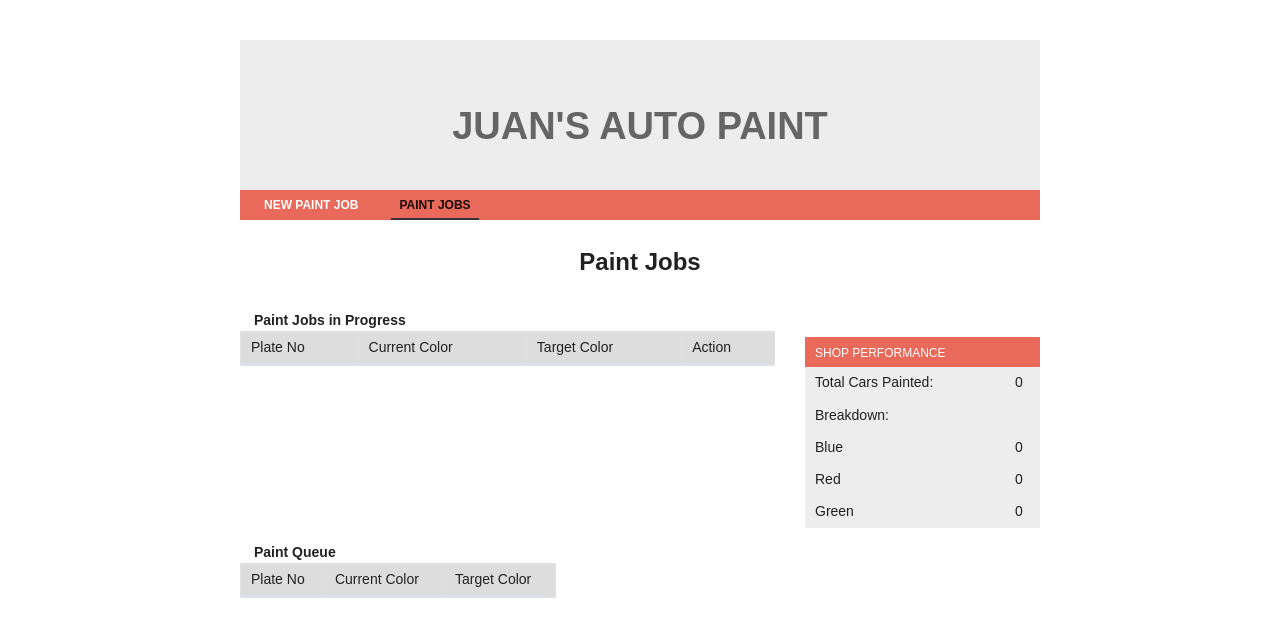
Repository: soycaringal/paint-job
Page: http://localhost/jobs
These files come from the project's save history. The page is drawn as it stood at one moment and after the next save; the edit follows.
The browser window is 1280 px wide. The pictures show the whole page.
The page is served by the project's Laravel application, run on PHP 8.4 with Laravel 8. Other server files are loaded and not shown. Queries for data that is not in the repository find no rows.

Above is the page before, as saved 2020-02-23 19:16:57.

### routes/web.php
<?php

/*
|--------------------------------------------------------------------------
| Web Routes
|--------------------------------------------------------------------------
|
| Here is where you can register web routes for your application. These
| routes are loaded by the RouteServiceProvider within a group which
| contains the "web" middleware group. Now create something great!
|
*/

Route::get('/', 'CarController@index')->name('home');
Route::get('/jobs', 'CarController@jobs')->name('jobs');
Route::post('/car', 'CarController@store')->name('car.store');

// Route::post('/car', function () {

//     return 'aw';
// });

### app/Http/Controllers/CarController.php
<?php

namespace App\Http\Controllers;

use App\Car;
use Illuminate\Http\Request;

class CarController extends Controller
{
    private $car;

    public function __construct(Car $car) {
        $this->car = $car;
    }

    /**
     * Display a listing of the resource.
     *
     * @return \Illuminate\Http\Response
     */
    public function index()
    {
        $cars = $this->car->all();
        return view('home', compact('cars'));
    }

        /**
     * Display a listing of the resource.
     *
     * @return \Illuminate\Http\Response
     */
    public function jobs()
    {
        return view('jobs');
    }

    /**
     * Show the form for creating a new resource.
     *
     * @return \Illuminate\Http\Response
     */
    public function create()
    {
        //
    }

    /**
     * Store a newly created resource in storage.
     *
     * @param  \Illuminate\Http\Request  $request
     * @return \Illuminate\Http\Response
     */
    public function store(Request $request)
    {
        $data = $request->all();

        $car = new Car();
        $car->plate_no = $data['plate_no'];
        $car->current_color = $data['current_color'];
        $car->target_color = $data['target_color'];
        $car->save();

        return redirect('jobs');
    }

    /**
     * Display the specified resource.
     *
     * @param  \App\Car  $car
     * @return \Illuminate\Http\Response
     */
    public function show(Car $car)
    {
        //
    }

    /**
     * Show the form for editing the specified resource.
     *
     * @param  \App\Car  $car
     * @return \Illuminate\Http\Response
     */
    public function edit(Car $car)
    {
        //
    }

    /**
     * Update the specified resource in storage.
     *
     * @param  \Illuminate\Http\Request  $request
     * @param  \App\Car  $car
     * @return \Illuminate\Http\Response
     */
    public function update(Request $request, Car $car)
    {
        $car = $this->car->find($request->id);
        $car->status = 'completed';
        $car->save();
    }

    /**
     * Remove the specified resource from storage.
     *
     * @param  \App\Car  $car
     * @return \Illuminate\Http\Response
     */
    public function destroy(Car $car)
    {
        //
    }
}

### resources/views/jobs.blade.php
@extends('layouts.app')

@section('content')
<div class="paint-jobs-content">
    <section>
        <div class="paint-job-title">
            <h1>Paint Jobs</h1>
        </div>
    </section>
    <div class="paint-jobs-wrapper">
        <section class="car-in-progress">
            <h3>Paint Jobs in Progress</h3>
            <table class="table table-bordered">
                <thead class="thead">
                    <tr>
                        <th scope="col">Plate No</th>
                        <th scope="col">Current Color</th>
                        <th scope="col">Target Color</th>
                        <th scope="col">Action</th>
                    </tr>
                </thead>
                <tbody class="car-in-progress-rows">

                </tbody>
            </table>
        </section>
        <section class="car-performance">
            <table class="table table-borderless">
                <thead class="thead">
                    <tr>
                        <th scope="col" colspan="2">SHOP PERFORMANCE</th>
                    </tr>
                </thead>
                <tbody class="car-performance-rows">

                </tbody>
            </table>
        </section>
    </div>

    <section class="car-queue row">
        <div class="col-5">
            <h3>Paint Queue</h3>
            <table class="table table-bordered">
                <thead class="thead">
                    <tr>
                        <th scope="col">Plate No</th>
                        <th scope="col">Current Color</th>
                        <th scope="col">Target Color</th>
                    </tr>
                </thead>
                <tbody class="car-queue-rows">

                </tbody>
            </table>
        </div>
    </section>
</div>

<script>
    $(document).ready(() => {
        getData();
        // poll();
    })

    function templatePending(cars) {
        let template = '\
        <tr> \
            <td>{PLATE_NO}</td> \
            <td>{CURRENT_COLOR}</td> \
            <td>{TARGET_COLOR}</td> \
            <td class="text-center">{ACTION}</td> \
        </tr>';

        let result = '';
        cars.forEach(car => {
            const action = '<a onclick="updateStatus(' + car.id + ')" href="javascript:void(0)">Mark as Completed</>'
            let row =  template
                .replace('{PLATE_NO}', car.plate_no)
                .replace('{CURRENT_COLOR}', car.current_color)
                .replace('{TARGET_COLOR}', car.target_color)
                .replace('{ACTION}', action)

            result += row;
        });

        $('.car-in-progress-rows').html(result);
    }

    function templateQueue(cars) {
        let template = '\
        <tr> \
            <td>{PLATE_NO}</td> \
            <td>{CURRENT_COLOR}</td> \
            <td>{TARGET_COLOR}</td> \
        </tr>';

        let result = '';
        cars.forEach(car => {
            const action = '<a onclick="updateStatus(' + car.id + ')" href="javascript:void(0)">Mark as Completed</>'
            let row =  template
                .replace('{PLATE_NO}', car.plate_no)
                .replace('{CURRENT_COLOR}', car.current_color)
                .replace('{TARGET_COLOR}', car.target_color)

            result += row;
        });

        $('.car-queue-rows').html(result);
    }

    function templatePerformance(car) {
        let template = '\
        <tr> \
            <td>Total Cars Painted:</td> \
            <td>{TOTAL_CARS}</td> \
        </tr> \
        <tr> \
            <td colspan="2">Breakdown:</td> \
        </tr> \
        <tr> \
            <td>Blue</td> \
            <td>{TOTAL_BLUE}</td> \
        </tr> \
        <tr> \
            <td>Red</td> \
            <td>{TOTAL_RED}</td> \
        </tr> \
        <tr> \
            <td>Green</td> \
            <td>{TOTAL_GREEN}</td> \
        </tr>';

        let result =  template
            .replace('{TOTAL_CARS}', car.total_cars)
            .replace('{TOTAL_BLUE}', car.total_blue)
            .replace('{TOTAL_RED}', car.total_red)
            .replace('{TOTAL_GREEN}', car.total_green)

        $('.car-performance-rows').html(result);
    }

    function updateStatus(id) {
        $.post('/api/car', {id: id})
        .then((res) => {
            console.log(res);
        });
    }

    async function getData()  {
        await $.get('/api/cars')
        .then((result) => {
            templatePending(result.pending);
            templateQueue(result.queue);
        });

        await $.get('/api/cars/performance')
        .then((result) => {
            templatePerformance(result);
        });
    }

    function poll() {
        setTimeout(() => {
            getData()
            .then(poll())
        }, 3000);
    }
</script>


@endsection

### resources/views/layouts/app.blade.php
<!DOCTYPE html>
<html lang="{{ str_replace('_', '-', app()->getLocale()) }}">
    <head>
        <meta charset="utf-8">
        <meta name="viewport" content="width=device-width, initial-scale=1">

        <title>Laravel</title>

        <!-- Fonts -->
        <link href="https://fonts.googleapis.com/css?family=Nunito:200,600" rel="stylesheet">
        <link rel="stylesheet" href="https://stackpath.bootstrapcdn.com/bootstrap/4.1.3/css/bootstrap.min.css" integrity="sha384-MCw98/SFnGE8fJT3GXwEOngsV7Zt27NXFoaoApmYm81iuXoPkFOJwJ8ERdknLPMO" crossorigin="anonymous">
        <script src="https://code.jquery.com/jquery-3.3.1.slim.min.js" integrity="sha384-q8i/X+965DzO0rT7abK41JStQIAqVgRVzpbzo5smXKp4YfRvH+8abtTE1Pi6jizo" crossorigin="anonymous"></script>
        <script src="https://cdnjs.cloudflare.com/ajax/libs/popper.js/1.14.3/umd/popper.min.js" integrity="sha384-ZMP7rVo3mIykV+2+9J3UJ46jBk0WLaUAdn689aCwoqbBJiSnjAK/l8WvCWPIPm49" crossorigin="anonymous"></script>
        <script src="https://stackpath.bootstrapcdn.com/bootstrap/4.1.3/js/bootstrap.min.js" integrity="sha384-ChfqqxuZUCnJSK3+MXmPNIyE6ZbWh2IMqE241rYiqJxyMiZ6OW/JmZQ5stwEULTy" crossorigin="anonymous"></script>
        <link href="/css/main.css" rel="stylesheet">
        <script src="https://code.jquery.com/jquery-3.4.1.min.js"
                integrity="sha256-CSXorXvZcTkaix6Yvo6HppcZGetbYMGWSFlBw8HfCJo=" crossorigin="anonymous"></script>
    </head>
    <body>
        <div class="car-container">
            <header>
                <div class="jumbotron text-center">
                    <h1>Juan's Auto Paint</h1>
                </div>
                <nav class="navbar navbar-expand-lg navbar-light">
                    <div class="collapse navbar-collapse" id="navbarText">
                        <ul class="navbar-nav mr-auto">
                            <li class="nav-item {{ Route::is('home') ? 'active' : '' }}">
                                <a class="nav-link" href="/">NEW PAINT JOB</a>
                            </li>
                            <li class="nav-item {{ Route::is('jobs') ? 'active' : '' }}">
                                <a class="nav-link" href="/jobs">PAINT JOBS</a>
                            </li>
                            </li>
                        </ul>
                    </div>
                </nav>
            </header>
            <main>
                @yield('content')
            </main>
        </div>
    </body>
</html>

### public/css/main.css
body {
    font-family: Arial;
    color: #212121;
}

header {
    margin-top: 40px;
}

header .jumbotron {
    background-color: #ededed;
    border-radius: 0;
    height: 150px;
    margin-bottom: 0;
}

header h1 {
    color: #656565;
    font-family: 'arial';
    font-size: 38px;
    font-weight: bold;
    text-transform: uppercase;
}

.car-container {
    margin: 0 auto;
    width: 800px;
}

.navbar {
    background-color: #e9695b;
    height: 30px;
    font-size: 12px;
}

.navbar .nav-item a {
    color: #333333;
    font-weight: bold;
    margin-right: 25px;
}

.navbar-light .navbar-nav .nav-item.active .nav-link {
    padding-bottom: 4px;
    border-bottom: 2px solid #333;
}

.navbar-light .navbar-nav .nav-link {
    color: #FFFFFF;
}

.paint-job-title h1 {
    text-align: center;
    font-size: 24px;
    font-weight: bold;
    margin-top: 28px;
}

.paint-job-images {
    margin-top: 30px;
}

.paint-job-images figure {
    text-align: center;
}

.car-details {
    margin-left: 15px;
    margin-top: 25px;
    font-size: 14px;
    color: #212121;
}

.car-details h2 {
    font-size: 16px;
    font-weight: bold;
}

.car-details button {
    background-color: #e9695b;
    color: #FFFFFF;
    font-size: 14px;
    border-radius: 0;
    width: 150px;
}

.paint-jobs-content {
    font-size: 14px;
}

.paint-jobs-content h3 {
    font-size: 14px;
    font-weight: bold;
    margin-left: 14px;
    margin-bottom: 2px;
}

.paint-jobs-content .table .thead th, .paint-jobs-content .table tbody td {
    padding: .4em;
    font-weight: normal;
    padding-left: 10px;
}

.paint-jobs-content .table .thead {
    background-color: #dddddd;
    height: 30px;
}

.paint-jobs-content .car-performance .table .thead {
    background-color: #e9695b;
    color: #FFFFFF;
    font-size: 12px;
    font-weight: bold;
}

.paint-jobs-content .car-performance .table tbody {
    background-color: #ededed;
}

.paint-jobs-content .car-in-progress tbody a {
    color: #e9695b;
    font-weight: bold;
}

.paint-jobs-content .car-in-progress {
    width: 535px;
}

.paint-jobs-content .car-performance {
    margin-top: 25px;
    margin-left: 30px;
    width: 235px;
}

.paint-jobs-content .paint-jobs-wrapper {
    display: flex;
    margin-top: 35px;
}

Loaded but not shown: app/Http/Controllers/Controller.php (common file); app/Car.php (common file)

After the next save:
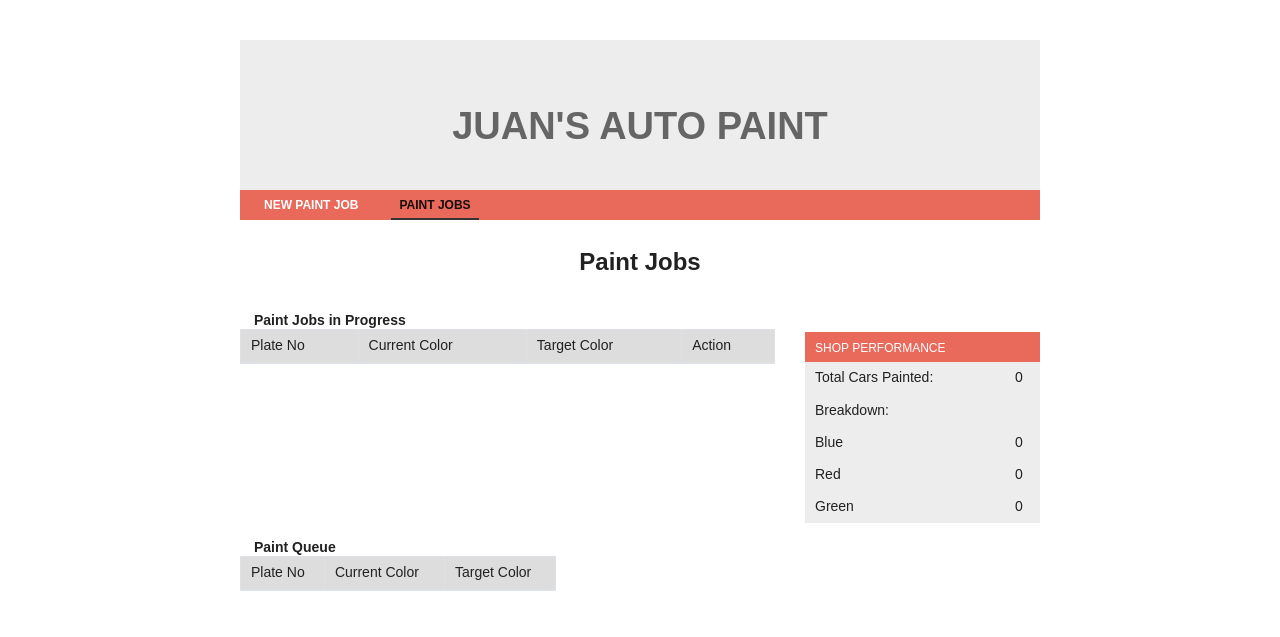
Saved 38 s later.
--- a/public/css/main.css
+++ b/public/css/main.css
@@ -91,7 +91,7 @@ header h1 {
     font-size: 14px;
     font-weight: bold;
     margin-left: 14px;
-    margin-bottom: 2px;
+    margin-bottom: 0px;
 }
 
 .paint-jobs-content .table .thead th, .paint-jobs-content .table tbody td {
@@ -126,7 +126,7 @@ header h1 {
 }
 
 .paint-jobs-content .car-performance {
-    margin-top: 25px;
+    margin-top: 20px;
     margin-left: 30px;
     width: 235px;
 }
